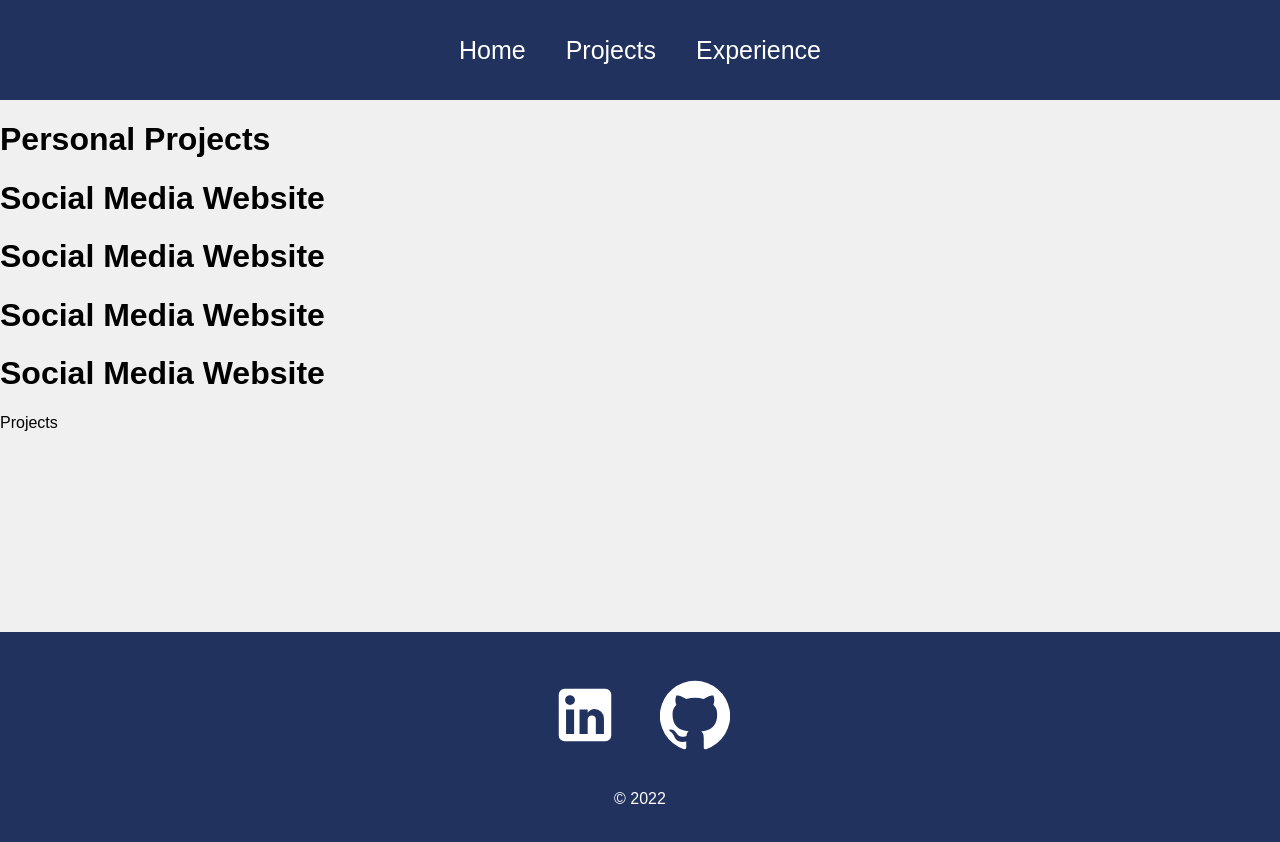
Repository: mireu-san/jw-personal-page
Page: /projects
An editor plug-in stored every save of this project. The page is shown before and after the next save, followed by the edit.
The browser window is 1280 px wide. The pictures show the whole page.
The project was rebuilt for these pictures with package versions that can differ from the ones it lists, and the page was loaded fresh each time. Also part of the build but not shown: src/styles/Home.css, src/pages/Home.js, src/pages/Experience.js.

Above is the page before, as saved 2022-11-09 17:50:35.

### src/App.js
import "./App.css";
import { BrowserRouter as Router, Routes, Route } from "react-router-dom";
import Home from "./pages/Home";
import Experience from "./pages/Experience";
import Projects from "./pages/Projects";
import Navbar from "./components/Navbar";
import Footer from "./components/Footer";

function App() {
  return (
    <div className="App">
      <Router>
        {/* #1 차이점? */}
        <Navbar />
        <Routes>
          <Route path="/" element={<Home />} />
          <Route path="/projects" element={<Projects />} />
          <Route path="/experience" element={<Experience />} />
        </Routes>
        <Footer />
      </Router>
    </div>
  );
}

export default App;

### src/App.css
/* recommended default setting */
/* .App {
  text-align: center;
}

body {
  padding: 0;
  margin: 0;
} */


/* end of recommended default setting */

.App {
  width: 100%;
  height: auto;
  display: flex;
  flex-direction: column;
  font-family: Arial, Helvetica, sans-serif;
  background-color: #f0f0f0;
}

body {
  padding: 0;
  margin: 0;
}

### src/pages/Projects.js
import React from "react";
import ProjectItem from "../components/ProjectItem";
import Picture1 from "../assets/picture1.jpg";
import Picture2 from "../assets/picture2.jpg";
import Picture3 from "../assets/picture3.jpg";
import Picture4 from "../assets/picture4.jpg";

function Projects() {
  return (
    <div className="projects">
      <h1>Personal Projects</h1>
      <div className="projectList">
        <ProjectItem name="Social Media Website" image={Picture1} />
        <ProjectItem name="Social Media Website" image={Picture2} />
        <ProjectItem name="Social Media Website" image={Picture3} />
        <ProjectItem name="Social Media Website" image={Picture4} />
      </div>
      Projects
    </div>
  );
}

export default Projects;

### src/components/Navbar.js
import React, { useEffect, useState } from "react";
import { Link, useLocation } from "react-router-dom";
import "../styles/Navbar.css";
import ReorderIcon from "@material-ui/icons/Reorder";

function Navbar() {
  const [expandNavbar, setExpandNavbar] = useState(false);

  // to let it close when user click mobile menu category
  const location = useLocation();

  useEffect(() => {
    setExpandNavbar(false);
  }, [location]);

  return (
    <div className="navbar" id={expandNavbar ? "open" : "close"}>
      <div className="toggleButton">
        {/* toggle button for mobile */}
        <button
          onClick={() => {
            setExpandNavbar((prev) => !prev);
          }}
        >
          <ReorderIcon />
        </button>
      </div>
      <div className="links">
        <Link to="/"> Home </Link>
        <Link to="/projects"> Projects </Link>
        <Link to="/experience"> Experience </Link>
      </div>
    </div>
  );
}

export default Navbar;

### src/components/Footer.js
import React from "react";
import LinkedInIcon from "@material-ui/icons/LinkedIn";
import GithubIcon from "@material-ui/icons/GitHub";
import "../styles/Footer.css";

function Footer() {
  return (
    <div className="footer">
      <div className="socialMedia">
        <LinkedInIcon />
        <GithubIcon />
      </div>
      <p> &copy; 2022 </p>
    </div>
  );
}

export default Footer;

### src/components/ProjectItem.js
import React from "react";

function ProjectItem({ image, name }) {
  return (
    <div className="projectItem">
      <div style={{ backgroundImage: `url(${image})` }} className="bgImage" />
      <h1> {name} </h1>
    </div>
  );
}

export default ProjectItem;

### src/styles/Navbar.css
.navbar {
    width: 100%;
    height: 100px;
    background: #21325e;
  }

  .links {
    width: 100%;
    height: 100%;
    display: flex;
    align-items: center;
    justify-content: center;
    color: white;
  }

  .navbar a {
    color: white;
    text-decoration: none;
    margin: 20px;
    font-size: 25px;
  }

  .toggleButton {
    width: 100%;
    height: 100px;
    display: flex;
    align-items: center;
    justify-content: flex-end;
  }

  .toggleButton svg {
    font-size: 50px;
  }

  /* toggle button for mobile */
  .toggleButton button {
    margin-right: 20px;
    background-color: transparent;
    border: none;
    color: white;
    cursor: pointer;
  }

  #open {
    height: 100vh;
  }

  #open .links {
    flex-direction: column;
    justify-content: flex-start;
    margin-top: 100px;
  }

  #open a {
    width: 100%;
    text-align: center;
  }

  @media only screen and (max-width: 900px) {
    .navbar a {
      width: 70px;
    }
  }

  @media only screen and (max-width: 600px) {
    .toggleButton {
      display: flex;
    }
    #close a {
      display: none;
    }
  }

  @media only screen and (min-width: 600px) {
    .toggleButton {
      display: none;
    }

    .hiddenLinks {
      display: none;
    }

    #open {
      height: 100px;
    }

    #open .links {
      flex-direction: row;
    }
  }

Loaded but not shown: public/index.html (common file); src/index.js (common file); src/reportWebVitals.js (common file); src/styles/Footer.css (common file)

After the next save:
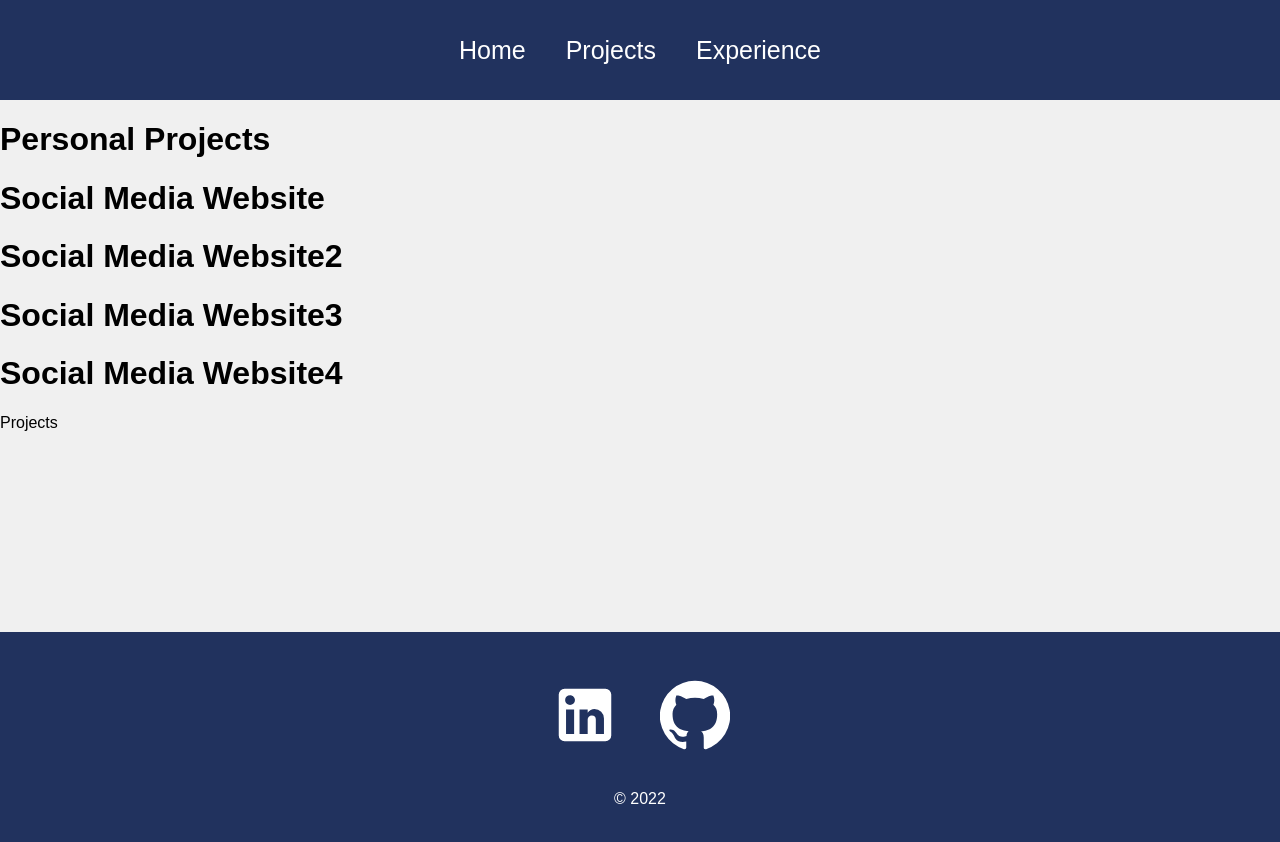
Saved 7 s later.
--- a/src/pages/Projects.js
+++ b/src/pages/Projects.js
@@ -11,9 +11,9 @@ function Projects() {
       <h1>Personal Projects</h1>
       <div className="projectList">
         <ProjectItem name="Social Media Website" image={Picture1} />
-        <ProjectItem name="Social Media Website" image={Picture2} />
-        <ProjectItem name="Social Media Website" image={Picture3} />
-        <ProjectItem name="Social Media Website" image={Picture4} />
+        <ProjectItem name="Social Media Website2" image={Picture2} />
+        <ProjectItem name="Social Media Website3" image={Picture3} />
+        <ProjectItem name="Social Media Website4" image={Picture4} />
       </div>
       Projects
     </div>
